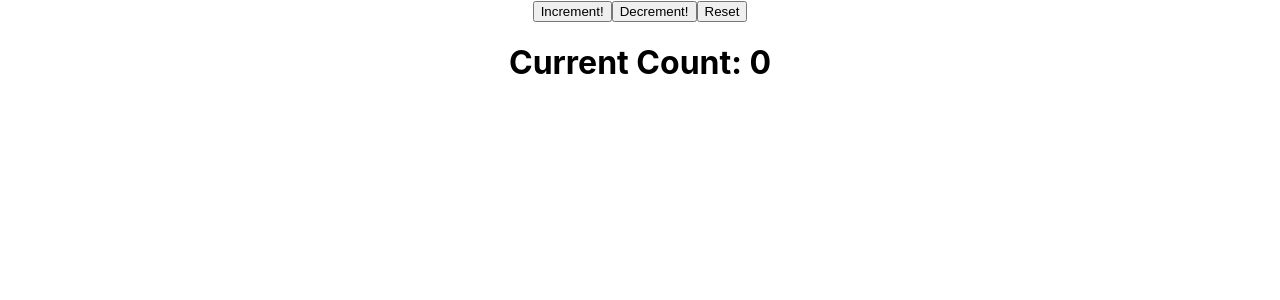
Repository: s-galvez19/quiz2CounterOfGallery
Page: /
An editor plug-in stored every save of this project. The page is shown before and after the next save, followed by the edit.
The browser window is 1280 px wide. The pictures show the whole page.
The project was rebuilt for these pictures with package versions that can differ from the ones it lists, and the page was loaded fresh each time.

Above is the page before, as saved 2019-03-07 18:32:26.

After the next save:
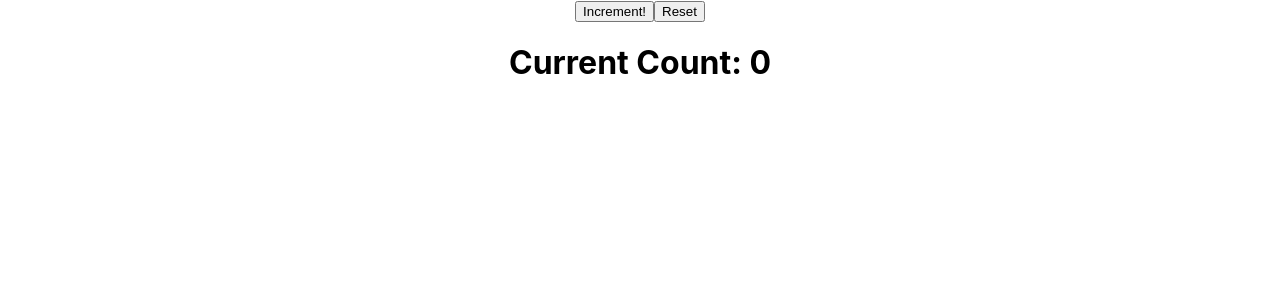
Saved 24 s later.
--- a/src/App.js
+++ b/src/App.js
@@ -46,7 +46,7 @@ class Counter extends React.Component {
     return (
       <div>
         <button className='inc' onClick={this.increment}>Increment!</button>
-        <button className='dec' onClick={this.decrement}>Decrement!</button>
+        {/* <button className='dec' onClick={this.decrement}>Decrement!</button> */}
         <button className='reset' onClick={this.reset}>Reset</button>
         <h1>Current Count: {this.state.count}</h1>
       </div>
